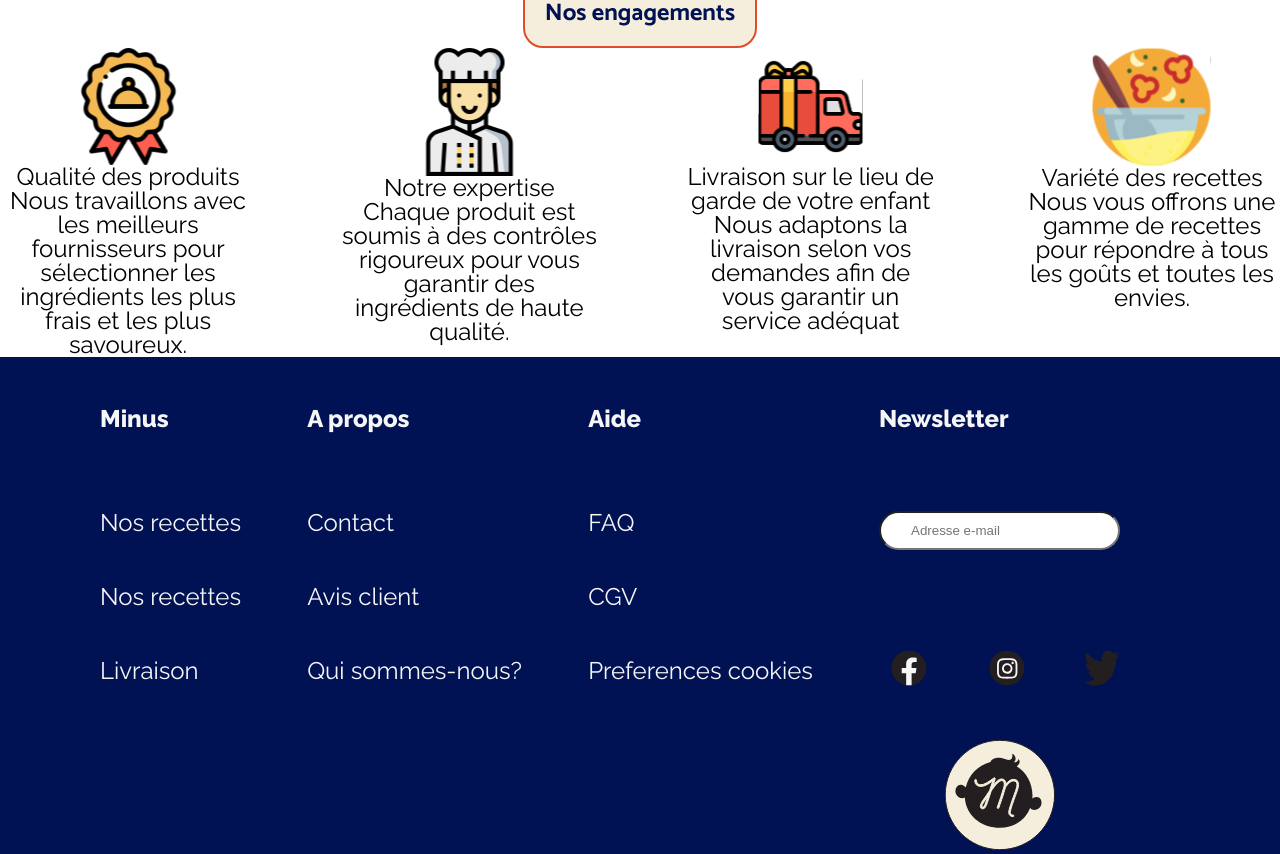
Repository: minus-team7/minus_team7
Page: minus_homepage.html
These files come from the project's save history. The page is drawn as it stood at one moment and after the next save; the edit follows.
The browser window is 1280 px wide. The pictures show the part of the page from y = 324 to 1178 px (the page is 1178 px tall).
A picture or video elsewhere on the page could not be fetched, so the positions and the page height are approximate.

Above is the page before, as saved 2023-02-12 22:33:21.

### minus_homepage.html
<!DOCTYPE html>
<html lang="en">
<head>
    <meta charset="UTF-8">
    <meta http-equiv="X-UA-Compatible" content="IE=edge">
    <meta name="viewport" content="width=device-width, initial-scale=1.0">
    <link rel="preconnect" href="https://fonts.googleapis.com">
    <link rel="preconnect" href="https://fonts.gstatic.com" crossorigin>
    <link href="https://fonts.googleapis.com/css2?family=Catamaran:wght@100;200;300;400;500;700&family=Raleway:ital,wght@0,100;0,400;0,600;0,800;1,100&display=swap" rel="stylesheet">
    <link rel="stylesheet" href="reset.css">
    <link rel="stylesheet" href="minus_homepage.css">
    <title>Document</title>

</head>
<body>

    <div class="box">
        <img src="/assets/homepage_boxminus.svg" alt="homepage_boxminus">
    </div>

    <div class="bouton">
        <a href="#">Nos engagements</a>
    </div>
    <section class="nos-engagements">

        <div class="engagement">
            <img src="/assets/engagement_icone_qualite_produits.svg" alt="engagement_icone_qualite_produits">
            <h2>Qualité des produits</h2>
            <p>Nous travaillons avec les meilleurs fournisseurs pour sélectionner les ingrédients les plus frais et les plus savoureux.</p>
        </div>

        <div class="engagement">
            <img src="/assets/icone_notreexpertise_chef.svg" alt="icone_notreexpertise_chef">
            <h2>Notre expertise</h2>
            <p>Chaque produit est soumis à des contrôles rigoureux pour vous garantir des ingrédients de haute qualité.</p>
        </div>

        <div class="engagement">
            <img src="/assets/icone_livraison_camion.svg" alt="icone_livraison_camion">
            <h2>Livraison sur le lieu de garde de votre enfant</h2>
            <p>Nous adaptons la livraison selon vos demandes afin de vous garantir un service adéquat</p>
        </div>

        <div class="engagement">
            <img src="/assets/icone_varietes_recettes_bolcuisine.svg" alt="icone_varietes_recettes_bolcuisine">
            <h2>Variété des recettes</h2>
            <p> Nous vous offrons une gamme de recettes pour répondre à tous les goûts et toutes les envies.</p>
        </div>

    </section>

    <!-- footer  -->
    <div class="footer">
        <ul>
            <li class="titre-footer">Minus</li>
            <li><a href="#"> Nos recettes</a></li>
            <li><a href="#"> Nos recettes</a></li>
            <li><a href="#"> Livraison</a></li>
        </ul>
        <ul>
            <li class="titre-footer">A propos</li>
            <li><a href="#"> Contact</a></li>
            <li><a href="#"> Avis client</a></li>
            <li><a href="#"> Qui sommes-nous?</a></li>
        </ul>
        <ul>
            <li class="titre-footer">Aide</li>
            <li><a href="#"> FAQ</a></li>
            <li><a href="#"> CGV</a></li>
            <li><a href="#"> Preferences cookies</a></li>
        </ul>
        <ul>
            <li class="titre-footer">Newsletter</li>
            <li>
                <input class="newsletter" type="text" placeholder="Adresse e-mail">
            </li>
            <li>
                <ul class="reseaux-sociaux">
                    <li><a href="#"><img src="/assets/logo_facebook.svg" alt="fb"></a></li>
                    <li><a href="#"><img src="/assets/logo_instagram.svg" alt="insta"></a></li>
                    <li><a href="#"><img src="/assets/logo_twitter.svg" alt="twitter"></a></li>
                </ul>
            </li>
            <li class="logo-minus-footer"><a href="#"> <img src="/assets/Logo_minus_rondtête.svg" alt="logo-minus-footer"></a></li>

        </ul>


    </div>
</body>
</html>

### minus_homepage.css
/* footerr */
body{
    font-family: 'Raleway',sans-serif;
    font-size: 24px;
}

.bouton{
    display: flex;
    align-items: center;
    justify-content: center;
}

.bouton a{
    border:#E14D2A 2px solid;
    border-radius: 20px;
    padding: 20px;
    background-color: #F5EEDC;
    text-decoration: none;
    font-family: 'Catamaran',sans-serif;
    font-weight: bold;
    color: #001253;

}

.nos-engagements{
    display: flex;
    flex-direction: row;
    flex-wrap: wrap;
    justify-content: space-between;

}
.engagement{
    width: 20%;
    display: flex;
    flex-direction: column;
    align-items: center;
    text-align: center;
}


.footer{

    display: flex;
    flex-direction: row;
    justify-content: space-between;
    background-color:  #001253;
    color: #f6f6f6;
    padding: 0 100px;
    flex-wrap: wrap;
}

.footer ul{
    list-style-type: none;
    margin-right: 60px;

}

.footer ul li{
    margin-top: 50px;
}
.footer a{
    text-decoration: none;
    color: #f6f6f6;
}
.footer a:hover{
    text-decoration:underline;
    color: #E14D2A;
}
.titre-footer{
    font-weight: bold;
    margin-bottom: 80px;
    font-family: 'raleway',sans-serif;

}
.newsletter{
    padding: 10px 30px;
    border-radius: 20px
}
.reseaux-sociaux{
    width: 100%;
    display: flex;
    flex-direction: row;
    justify-content: space-between;
}
.logo-minus-footer{
    display: flex;
    justify-content: center;
}

Loaded but not shown: reset.css (common file)

After the next save:
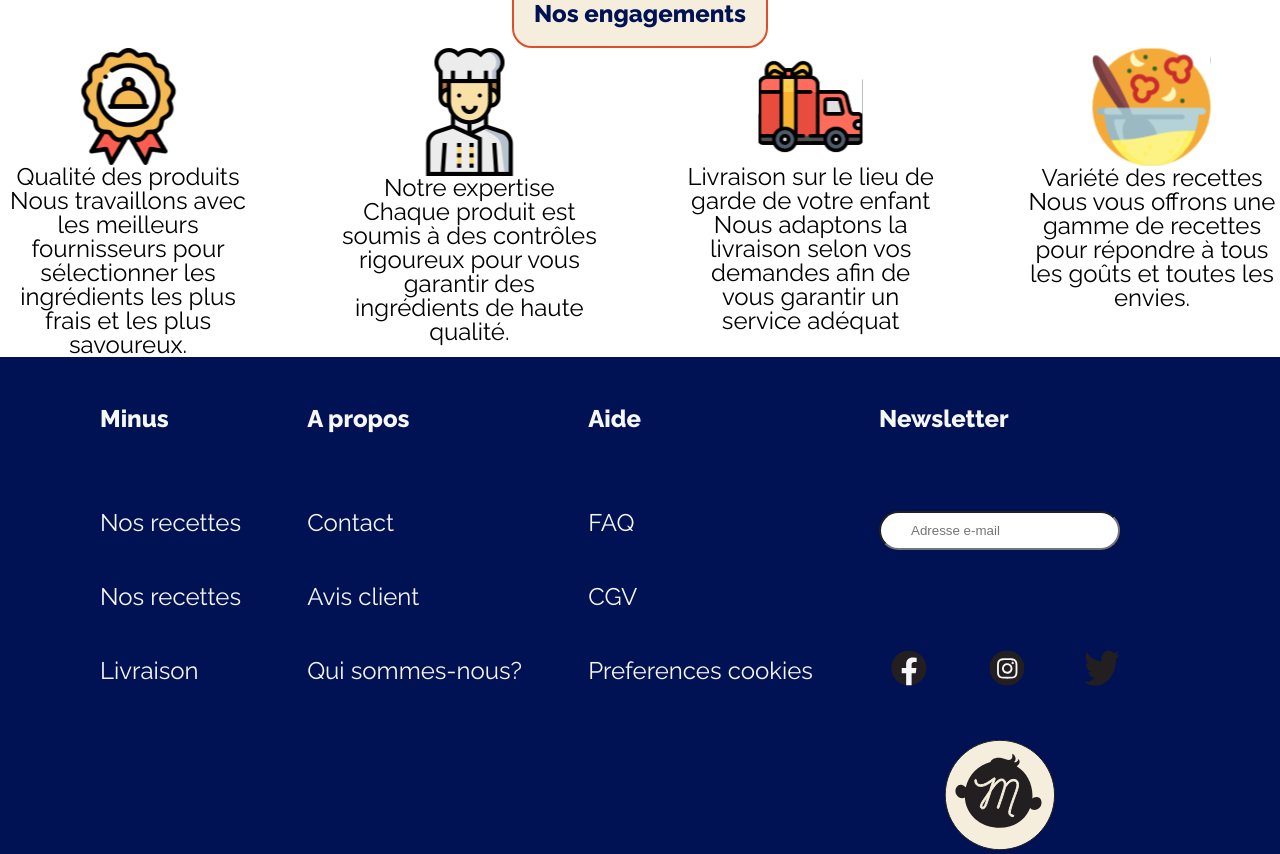
Saved 5 s later.
--- a/minus_homepage.css
+++ b/minus_homepage.css
@@ -16,7 +16,7 @@ body{
     padding: 20px;
     background-color: #F5EEDC;
     text-decoration: none;
-    font-family: 'Catamaran',sans-serif;
+    /* font-family: 'Catamaran',sans-serif; */
     font-weight: bold;
     color: #001253;
 
